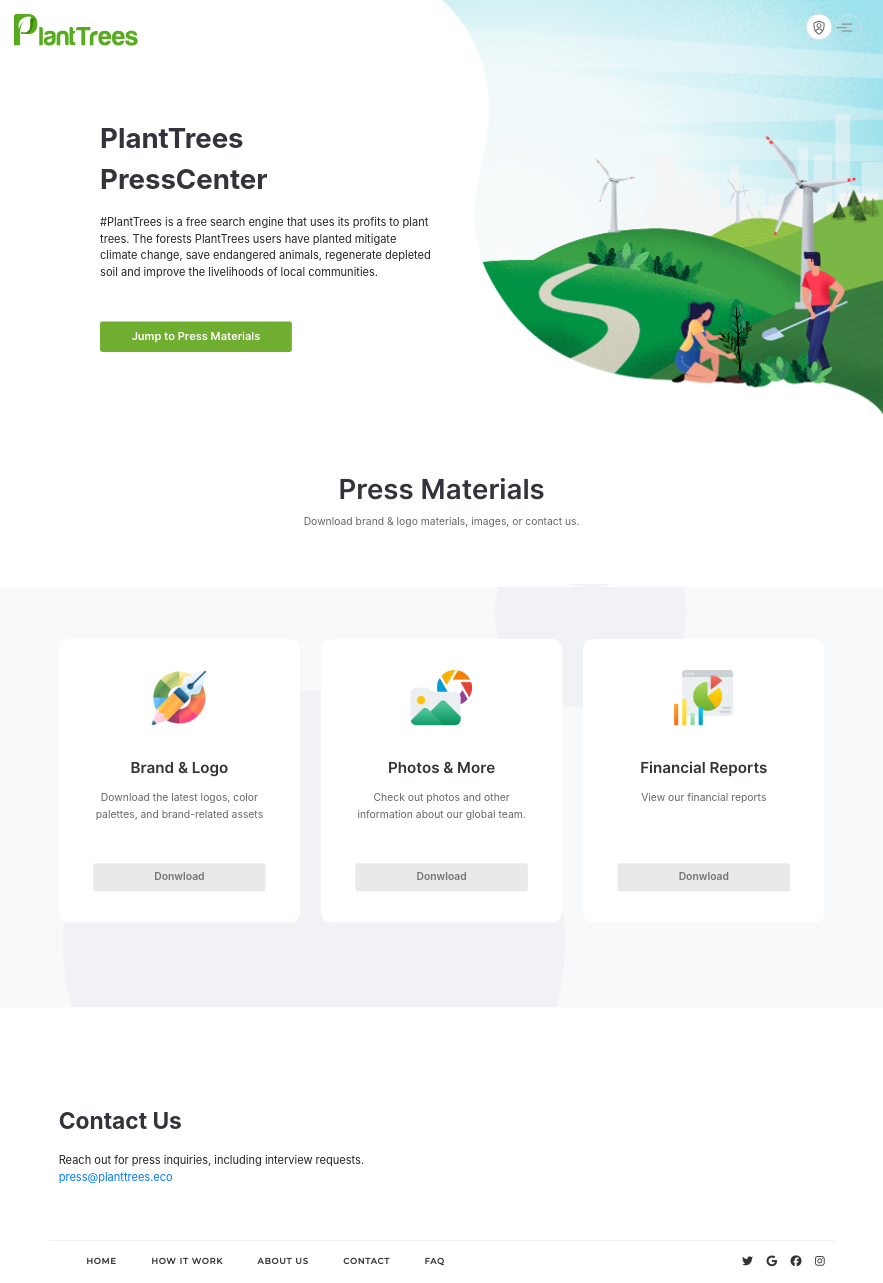
Repository: caothaito/b6g6
Page: bogo/privacy.html
The author's editor kept a copy of each file at every save. The page is drawn from the files as they stood at one save, then again after the next save.
The browser window is 1280 px wide. The pictures show the whole page, at 69% of full size.
Some web libraries are served in a nearby version. The style sheet was rebuilt from its Sass, Less or Tailwind sources for each picture, by a compiler version that may differ from the author's.

Above is the page before, as saved 2020-09-11 16:04:45.

After the next save:
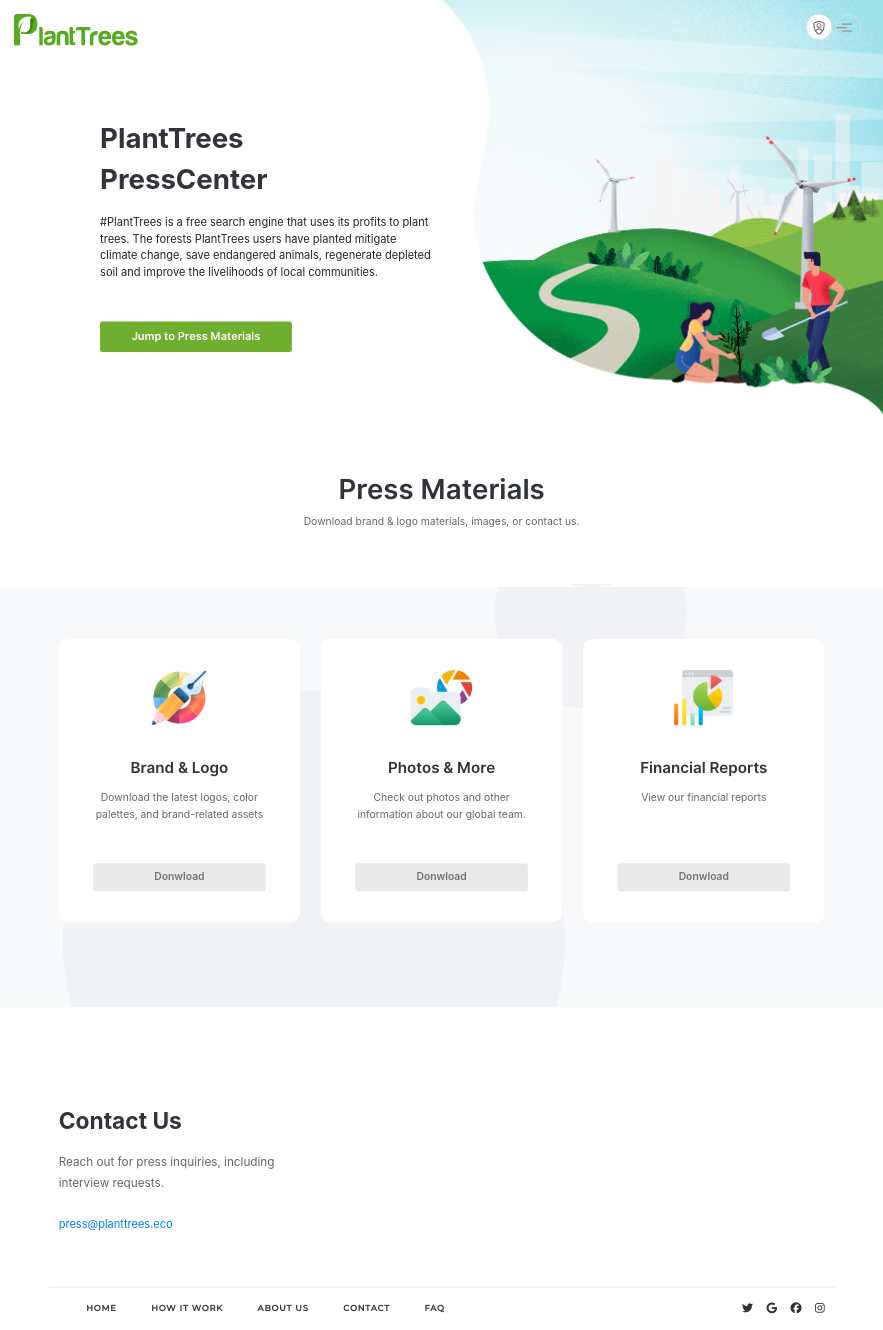
Saved 23 s later.
--- a/bogo/assets/css/media.scss
+++ b/bogo/assets/css/media.scss
@@ -228,7 +228,16 @@
             margin: 60px 0 20px;
             font-weight: 700;
             font-size: 33px;
-            font-size: 2.0625rem;
-        }
-    }
-}
+
+        }
+        .plant-contactLeft-desc{
+            color: #666;
+            max-width: 350px;
+            line-height: 1.82;
+            margin-bottom: 30px;
+            font-weight: 400;
+            font-size: 17px;
+
+        }
+    }
+}
